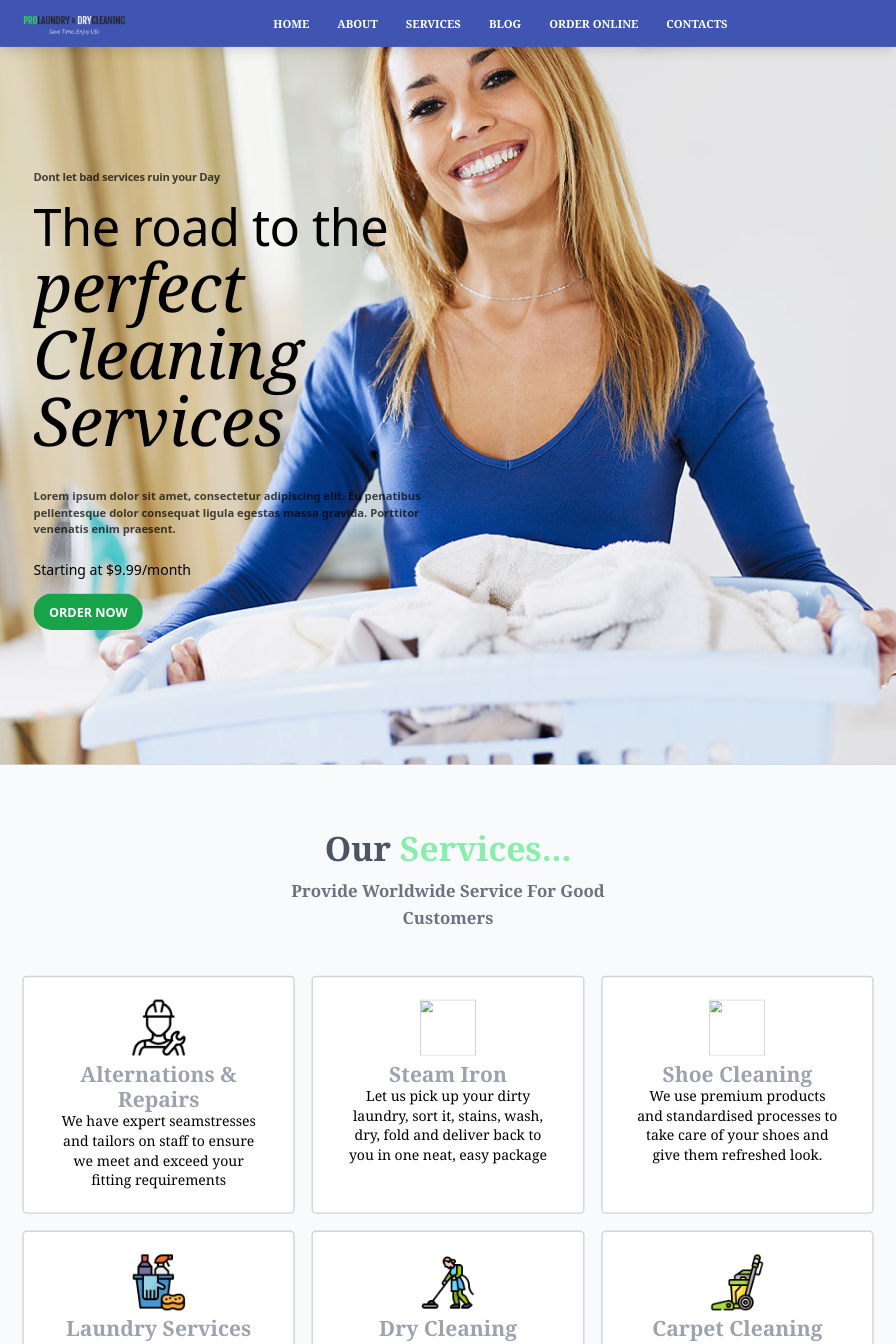
Repository: remydev47/smartlaundry
Page: /
These files come from the project's save history. The page is drawn as it stood at one moment and after the next save; the edit follows.
The browser window is 1280 px wide. The pictures show the part of the page from y = 0 to 1920 px (the page is 5922 px tall), at 70% of full size.
The project was rebuilt for these pictures with package versions that can differ from the ones it lists, and the page was loaded fresh each time. The framework's server and built-in components were replaced by stand-ins that run in the browser. Also part of the build but not shown: next.config.js, components/Prices.tsx, components/Testimonial.tsx, components/Pricing.tsx, components/Footer.tsx.

Above is the page before, as saved 2022-10-24 16:50:19.

### pages/_app.tsx
import '../styles/globals.css'
import type { AppProps } from 'next/app'
import Header from '../components/Header'
import Logo from '../components/Logo'

function MyApp({ Component, pageProps }: AppProps) {
  return (
    <>

     <Header />
     <Component {...pageProps} />
    </>
  )
}

export default MyApp

### pages/index.tsx
import type { NextPage } from 'next'
import Head from 'next/head'
import Image from 'next/image'
import { Banner, Commercial, Hero, Reasons, Services, Steps } from '../components'

const Home: NextPage = () => {
  return (
    <div>
      <Head>
        <title>Smart Laundry</title>
        <link rel="icon" href="/favicon.ico" />
      </Head>
      <Hero />
      <Services />
      <Steps />
      <Commercial />
      <Banner/>
      <Reasons />

    </div>
  )
}

export default Home

### components/Header.tsx
import React from 'react';
import { navLinks } from '../constants';
import Menupopover from './Menupopover';
import Image from 'next/image';
import Logo from './Logo';

const Header = () => {
  return (
    <header className="fixed inset-x-0 bg-[#4054B2] z-20 flex justify-between items-center py-2 px-2 shadow-lg dark:bg-slate-900 sm:py-3 sm:px-8">
            <div className='flex grow-0 basis-1/3 md:hidden'>
                <Menupopover />
            </div>

             <div className='flex grow-0 justify-center md:justify-start'>
                <Logo />

            </div>


            <ul className="list-none sm:flex hidden justify-center items-center flex-1">
            {navLinks.map((nav, index) => (
                <li
                key={nav.id}
                className={`font-serif font-bold cursor-pointer text-[16px]
                   ${index === navLinks.length - 1 ? 'mr-0' : 'mr-10'}
                  text-white `}
                >
                    <a>{nav.title}</a>
                </li>
            ))}
           </ul>

        </header>
  )
}

export default Header

### components/index.ts
import Hero from "./Hero";
import Services from "./Services";
import Steps from "./Steps";
import Commercial from "./Commercial";
import Prices from "./Prices";
import Banner from "./Banner";
import Reasons from "./Reasons";
import Testimonial from "./Testimonial";
import Pricing from "./Pricing";
import Footer from "./Footer";

export{
    Hero, Services, Steps, Commercial, Prices, Banner, Reasons, Testimonial, Pricing, Footer
}

### constants/index.ts
export const navLinks =[
    {
        id:"home",
        title:"HOME",
    },
    {
        id:"about",
        title:"ABOUT",
    },
    {
        id:"services",
        title:"SERVICES",
    },
    {
        id:"blog",
        title:"BLOG",
    },
    {
        id:"order online",
        title:"ORDER ONLINE",
    },
    {
        id:"contacts",
        title:"CONTACTS",
    },
]

### components/Menupopover.tsx
import React, {useState, Fragment} from 'react';
import { navLinks } from '../constants';
import { IconButton, Button } from './Button';
import { Transition, Dialog } from '@headlessui/react';
import Logo from './Logo';
import Image from 'next/image';

const Menupopover = () => {
  const [isOpen, setIsOpen] = useState(false)

  return (
    <div>
    <IconButton
      variant='ghost'
      aria-label='menu'
      onClick={() => setIsOpen(!isOpen)}
    >
      <svg className='h-6 w-6 ' fill='none' stroke='currentColor'>
        <path
          strokeLinecap='round'
          strokeLinejoin='round'
          strokeWidth={2}
          d='M4 6h16M4 12h16M4 18h16'
        />
      </svg>
    </IconButton>
    <Transition
      show={isOpen}
      appear
      as={Fragment}
      enter='transform transition ease-in-out duration-300'
      enterFrom='-translate-x-full'
      enterTo='translate-x-0'
      leave='transform transition ease-in-out duration-300 delay-200'
      leaveFrom='translate-x-0'
      leaveTo='-translate-x-full'
     >
     <Dialog
       as='div'
       className={`fixed inset-0 z-50`}
       onClose={setIsOpen}
       open={isOpen}
       >
       <Transition.Child
         as={Fragment}
         enter='ease-out duration-300 delay-300'
         enterFrom='opacity-0'
         enterTo='opacity-100'
         leave='ease-in duration-200'
         leaveFrom='opacity-100'
         leaveTo='opacity-0'
       >

        <Dialog.Overlay
          className={`fixed inset-0 bg-black/20 backdrop-blur-sm dark:bg-gray-900/80`}
         />
      </Transition.Child>
       <div className={styles.dialogcontainer}>
        <a className='mx-auto mt-4 flex w-[140px] '>
          <Logo />
        </a>
        <ul
            className={styles.navWrapper2}
         >
            {navLinks.map((nav, index) => (
                <li
                 key={nav.id}
                 className={`font-serif font-bold cursor-pointer text-[16px]
                  mt-2 border-t border-slate-200 py-4 dark:border-slate-600
                  ${index === navLinks.length - 1 ? 'mr-0' : 'mb-4'}
                  text-white `}
                >
                 <a href={`#${nav.id}`}>
                    {nav.title}
                 </a>
                </li>
             ))}
         </ul>

        <IconButton
          variant='ghost'
          aria-label='close menu'
          className='absolute top-5 right-5'
          onClick={() => setIsOpen(false)}
        >
          <svg
            viewBox='0 0 10 10'
            className='h-2.5 w-2.5 overflow-visible'
            aria-hidden='true'
          >
            <path
                d='M0 0L10 10M10 0L0 10'
                fill='none'
                stroke='currentColor'
                strokeWidth='2'
                strokeLinecap='round'
              />
          </svg>
        </IconButton>
       </div>
     </Dialog>
    </Transition>
  </div>
  )
}

export default Menupopover;

const styles ={
  dialogcontainer:`fixed top-0 bottom-0 left-0 w-full max-w-xs rounded-r-xl bg-[#4054B2] p-6 shadow-lg dark:bg-gray-800`,
  menuitems:`group relative flex h-9 items-center oveflow-hidden rounded-md hover:bg-slate-200/50`,
  navWrapper2:`list-none flex flex-col justify-end items-center flex-1`,
}

### components/Logo.tsx
import React from 'react'
import Image from 'next/image'

const Logo = () => {
  return (
    <div className=''>
      <Image
        src="/images/logo.png"
        alt='cleanu'
        height={60}
        width={150}
      />
    </div>
  )
}

export default Logo

### components/Hero.tsx
import React from 'react'
import Image from 'next/image'

const Hero = () => {
  return (
    <section className='relative pt-48 pb-12 bg-gray-400 xl:pt-60 sm:pb-16 lg:pb-32 xl:pb-48 2xl:pb-56'>
        <Image
           src='/images/hero1.jpg'
           layout='fill'
           objectFit='cover'
         />
     <div className="relative">
 <div className="px-6 mx-auto sm:px-8 lg:px-12 max-w-7xl">
     <div className="w-full lg:w-2/3 xl:w-1/2">
         <h1 className="font-sans text-base font-bold tracking-tight text-black text-opacity-70">Dont let bad services ruin your Day</h1>
         <p className="mt-6 tracking-tighter text-black">
             <span className="font-sans font-normal text-7xl">The road to the</span><br />
             <span className="font-serif italic font-normal text-8xl">perfect Cleaning Services</span>
         </p>
         <p className="mt-12 font-sans text-base font-bold text-black text-opacity-70">Lorem ipsum dolor sit amet, consectetur adipiscing elit. Eu penatibus pellentesque dolor consequat ligula egestas massa gravida. Porttitor venenatis enim praesent.</p>
         <p className="mt-8 font-sans text-xl font-normal text-black">Starting at $9.99/month</p>

         <div className="flex items-center mt-5 space-x-3 sm:space-x-4">
             <a
                 href="#"
                 title=""
                 className="
                     inline-flex
                     items-center
                     justify-center
                     px-5
                     py-2
                     font-sans
                     text-base
                     font-semibold
                     transition-all
                     duration-200
                     border-2 border-transparent
                     rounded-full
                     sm:leading-8
                     bg-green-600
                     sm:text-lg
                     text-white
                     hover:bg-opacity-90
                     focus:outline-none focus:ring-2 focus:ring-offset-2 focus:ring-primary focus:ring-offset-secondary
                 "
                 role="button"
             >
                 ORDER NOW
             </a>


         </div>
     </div>
 </div>
</div>
    </section>
  )
}

export default Hero

### components/Services.tsx
import React from 'react'

const services=[
  {
    image:"/images/plumber.png",
    title:'Alternations & Repairs',
    description:"We have expert seamstresses and tailors on staff to ensure we meet and exceed your fitting requirements"
  },
  {
    image:"",
    title:'Steam Iron',
    description:"Let us pick up your dirty laundry, sort it, stains, wash, dry, fold and deliver back to you in one neat, easy package"
  },
  {
    image:"",
    title:'Shoe Cleaning',
    description:"We use premium products and standardised processes to take care of your shoes and give them refreshed look."
  },
  {
    image:"/images/cleaning.png",
    title:'Laundry Services',
    description:"Let us pick up your dirty laundry, sort it, stains, wash, dry, fold and deliver back to you in one neat, easy package."
  },
  {
    image:"/images/housekeeper.png",
    title:'Dry Cleaning',
    description:"SMU students and local residents love on our reliable dry cleaning services for the fast, accurate, top quality results."
  },
  {
    image:"/images/carpet-cleaner.png",
    title:'Carpet Cleaning',
    description:"To keep carpet at peak performance, we recommend professional deep cleaning your carpet every 12 to 18 months."
  },
]

const Services = () => {
  return (
    <section className="bg-gray-50 sm:py-16 lg:py-24">
    <div className="px-4 mx-auto max-w-7xl sm:px-6 lg:px-8">
     <div className="max-w-2xl mx-auto text-center">
      <h2 className="text-4xl font-bold font-serif leading-tight text-gray-600  lg:text-5xl">Our <span className='text-green-300'>Services...</span></h2>
      <p className="max-w-xl mx-auto mt-4 font-serif text-2xl font-extrabold leading-relaxed text-gray-500">
        Provide Worldwide Service For Good Customers
      </p>
     </div>

     <div className="grid max-w-md grid-cols-1 gap-6 mx-auto mt-8 text-center lg:max-w-full lg:mt-16 lg:grid-cols-3">
      {services.map((item, i) => (
     <div className="overflow-hidden bg-white border-2 border-gray-300 rounded-md">
          <div className="p-8 xl:px-12 flex flex-col items-center justify-center">
             <div>
              <img
               src={item.image}
               className="h-20 w-20"
             />
             </div>
             <h2 className='font-bold font-serif text-3xl text-gray-400 text-center mt-2'>
               {item.title}
             </h2>
             <p className='text-xl font-serif text-black text-center '>
              {item.description}
             </p>
          </div>
     </div>
     ))}
    </div>
</div>
</section>
  )
}

export default Services

### components/Commercial.tsx
import React from 'react'

const offers=[
  {
    id:"Salons & Spas",
    title:"Salons & Spas"
  },
  {
    id:"Automotive Detail and Repair Shop",
    title:"Automotive Detail and Repair Shop"
  },
  {
    id:"Hotels & Motels",
    title:"Hotels & Motels"
  },
  {
    id:"Massage Therapists",
    title:"Massage Therapists"
  },
  {
    id:"Sports Teams",
    title:"Sports Teams"
  },
  {
    id:"House Cleaning Companies",
    title:"House Cleaning Companies"
  },
  {
    id:"Restaurants and Caterers",
    title:"Restaurants and Caterers"
  },
  {
    id:"Hotels & Motels",
    title:"Hotels & Motels"
  },
  {
    id:"Therapist and Chiropractors",
    title:"Therapist and Chiropractors"
  },
  {
    id:"Assisted Living / Nursing Homes",
    title:"Assisted Living / Nursing Homes"
  },
  {
    id:'Hair Salons and Barber Shops',
    title:'Hair Salons and Barber Shops'
  },
  {
    id:'Religious Organizations',
    title:'Religious Organizations'
  },
  {
    id:'Athletic Facilities / Gym',
    title:'Athletic Facilities / Gym'
  },
]

const Commercial = () => {
  return (
    <section className="py-10 bg-[#FFF] sm:py-16 lg:py-24">
      <div className="px-4 mx-auto max-w-7xl sm:px-6 lg:px-8">
      <div className="max-w-2xl mx-auto text-center">
            <h2 className="text-3xl font-serif font-bold leading-tight text-black sm:text-4xl lg:text-5xl">
              COMMERCIAL LAUNDRY SERVICE
            </h2>
            <p className="mt-4 text-base leading-relaxed text-gray-600">
             Large corporations have determined that there is a financial benefit to outsourcing back office work because it saves money. Allowing us to do your laundry is cost effective and will allow you and your employees to focus on your core business. We offer smart solutions to meet your commercial laundry needs. Our pick up and delivery laundry service is fast, convenient, and saves you time and money.
            </p>
            <p className="mt-4 text-base leading-relaxed text-gray-600">
             Laundry isn't your main business, but it is ours and we love it! For more information about our commercial laundry services and pricing and to schedule your first pick up, call us at 1 (800) 123-45-67
            </p>
        </div>
      </div>
      <h2 className='mt-2 text-3xl font-serif text-gray-500 sm:text-4xl'>OUR COMMERCIAL LAUNDRY CLIENTS INCLUDE:</h2>
      <ul className="list-none sm:flex-col justify-center items-center flex-1">
            {offers.map((nav, index) => (
                <li
                key={nav.id}
                className={`font-serif font-normal cursor-pointer text-[16px]
                   ${index === offers.length - 1 ? 'mr-0' : 'mr-10'}
                  text-gray-500 `}
                >
                    <a>{nav.title}</a>
                </li>
            ))}
           </ul>
    </section>
  )
}

export default Commercial

### components/Banner.tsx
import React from 'react'
import Image from 'next/image'

const Banner = () => {
  return (
    <section className='relative h-[400px] w-full  bg-blue-500 sm:h-[55vh] md:h-[440px]'>
      <Image
           src='/images/banner.jpg'
           layout='fill'
           objectFit='cover'
      />
       <div className="absolute inset-0">
        <div className='flex flex-col items-center mx-4 mt-16 text-center '>
                <h1 className={styles.innerbanner}>
                  TAP. CLEAN. DELIVER.
                </h1>
                <span className='text-xl text-black sm:text-2xl'>
                    Reliable house cleaning professionals serving the greater Nairobi & Kiambu county area
                </span>
                <button className='p-2 font-semibold text-black bg-green-500 rounded-xl'>
                    Send a Quote
                </button>
              </div>
        </div>
    </section>
  )
}

const styles ={
  innerbanner:`text-2xl font-bold font-serif uppercase tracking-wide text-black sm:text-4xl md:text-5xl lg:text-6xl`,
}

export default Banner

### components/Reasons.tsx
import React from 'react'
import Image from 'next/image'

const reasons =[
  {
      image:'/images/happy.png',
      title:'Personalized Experience',
      description:'We take utmost care of your clothes, segregating based on the cloth type and giving you instant clothes to make a statement.'
  },
  {
      image:'/images/lowest-price.png',
      title:'Affordable Pricing',
      description:'Prices that suits your pocket is one of our USP. An option of choosing between 2 types of pricing is available.'
  },
  {
      image:'/images/calendar.png',
      title:'Convenience',
      description:'With just a tap of a button, your laundry gets done, giving your leisure time to spend with family and friends.'
  },
  {
      image:'/images/quality.png',
      title:'Quality Cleaning',
      description:'We use the best in class products, to assure that your favorite clothes are always there for you to wear..'
  },
  {
      image:'/images/smartphone.png',
      title:'Excellent Result',
      description:'Forgot to wash your clothes for interview/business meeting, never mind. With our super express delivery, we would get your laundry done in less than 8 hours..'
  },
  {
      image:'/images/shuttle.png',
      title:'Instant Order Update',
      description:'Regular updates of your order, to help you keep a track of your laundry and plan accordingly.'
  }
]

const Reasons = () => {
  return (
    <section className="bg-[#fff] sm:py-16 lg:py-24">
    <div className="px-4 mx-auto max-w-7xl sm:px-6 lg:px-8">
    <div className="max-w-2xl mx-auto text-center">
      <h2 className="text-4xl font-serif font-bold leading-tight text-black  lg:text-5xl">Your<span className='text-green-500'>Comfort</span> Depends on Us</h2>
      <p className="max-w-xl mx-auto mt-4 text-xl font-extrabold leading-relaxed text-gray-300">
        Provide Worldwide Service For Good Customers
      </p>
    </div>

    <div className="grid max-w-md grid-cols-1 gap-6 mx-auto mt-8 text-center lg:max-w-full lg:mt-16 lg:grid-cols-3">
      {reasons.map((item, i) => (
     <div className="overflow-hidden bg-white shadow-xl border-gray-300 rounded-md">
          <div className="p-8 xl:px-12 flex flex-col items-center justify-center">
             <div>
              <Image
               src={item.image}
               height={70}
               width={70}
               className="bg-green-400"
             />
             </div>
             <h2 className='font-bold text-3xl text-gray-400 text-center mt-2'>
               {item.title}
             </h2>
             <p className='text-xl text-black text-center '>
              {item.description}
             </p>
          </div>
     </div>
     ))}
    </div>
</div>
</section>
  )
}

export default Reasons

### components/Button/index.tsx
import React, { forwardRef } from "react";
//import { __DEV__ } from "../../utils/assertions";

type BaseButtonProps = Omit<React.HTMLProps<HTMLButtonElement>, "size">;

/* === Button Element === */

export interface ButtonProps extends BaseButtonProps {
  children: React.ReactNode;
  fullWidth?: boolean;
  className?: string;
  variant?: "solid" | "outline" | "ghost";
  size?: "sm" | "md" | "lg";
  as?: string;
  isExternal?: boolean;
  type?: "button" | "submit" | "reset";
}

export const Button = forwardRef<HTMLButtonElement, ButtonProps>(
  (
    {
      children,
      variant = "solid",
      size = "md",
      fullWidth = false,
      className,
      as = "button",
      isExternal = false,
      ...rest
    },
    ref
  ) => {
    let tempClassNames: string[] = [];

    const sharedClasses = [
      "capitalize",
      "focus:outline-none",
      "focus:ring-2",
      "focus:ring-indigo-400",
      "focus:ring-offset-2",
      "focus:ring-offset-indigo-50",
      "font-semibold",
      "rounded-full",
      "inline-flex",
      "flex-shrink-0",
      "items-center",
      "justify-center",
      "transition-colors",
      "ease-in-out",
      "duration-500",
    ];

    if (fullWidth) sharedClasses.push("w-full");

    // handle variants
    let btnSolid = ["bg-indigo-600", "hover:bg-indigo-700", "text-white"];
    let btnOutline = [
      "dark:text-white",
      "hover:text-indigo-700",
      "hover:dark:text-indigo-700",
      "bg-transparent",
      "hover:bg-indigo-50",
      "border",
      "border-indigo-600",
    ];
    let btnGhost = [
      "bg-transparent",
      "dark:text-white",
      "hover:bg-indigo-50",
      "hover:text-indigo-700",
      "hover:dark:text-indigo-700",
    ];

    if (variant === "solid") {
      tempClassNames = [...sharedClasses, ...btnSolid];
    } else if (variant === "outline") {
      tempClassNames = [...sharedClasses, ...btnOutline];
    } else if (variant === "ghost") {
      tempClassNames = [...sharedClasses, ...btnGhost];
    }

    // handle sizes
    let sizeSm = ["h-8", "px-2", "text-sm"];
    let sizeMd = ["h-10", "px-3"];
    let sizeLg = ["h-12", "px-4", "text-lg"];

    if (size === "sm") {
      tempClassNames = [...tempClassNames, ...sizeSm];
    } else if (size === "md") {
      tempClassNames = [...tempClassNames, ...sizeMd];
    } else if (size === "lg") {
      tempClassNames = [...tempClassNames, ...sizeLg];
    }

    let classes = tempClassNames.join(" ");

    let Element = as ? (
      React.createElement(
        as,
        {
          className: `${classes} ${className}`,
          target: isExternal ? "_blank" : undefined,
          rel: isExternal ? "noopener noreferrer" : undefined,
          ref,
          ...rest,
        },
        children
      )
    ) : (
      <button {...rest} className={`${classes} ${className}`} ref={ref}>
        {children}
      </button>
    );

    return Element;
  }
);

// if (__DEV__) {
//   Button.displayName = "Button";
// }

/* === IconButton Element === */

export interface IconButtonProps extends ButtonProps {
  icon?: React.ReactElement;
  "aria-label": string;
}

export const IconButton = forwardRef<HTMLButtonElement, IconButtonProps>(
  (
    {
      children,
      icon,
      className,
      "aria-label": ariaLabel,
      size = "md",
      ...rest
    },
    ref
  ) => {
    let sharedClasses = ["rounded-full", "!px-0"];

    // handle sizes
    let sizeSm = ["w-8"];
    let sizeMd = ["w-10"];
    let sizeLg = ["w-12"];

    if (size === "sm") {
      sharedClasses = [...sharedClasses, ...sizeSm];
    } else if (size === "md") {
      sharedClasses = [...sharedClasses, ...sizeMd];
    } else if (size === "lg") {
      sharedClasses = [...sharedClasses, ...sizeLg];
    }

    /**
     * Passing the icon as prop or children should work
     */
    const element = icon || children;
    const _children = React.isValidElement(element)
      ? React.cloneElement(element as any, {
          "aria-hidden": true,
          focusable: false,
        })
      : null;

    let classes = sharedClasses.join(" ");
    return (
      <Button
        className={`${classes} ${className}`}
        aria-label={ariaLabel}
        size={size}
        {...rest}
        ref={ref}
      >
        {_children}
      </Button>
    );
  }
)

Loaded but not shown: styles/globals.css (common file); tailwind.config.js (common file); components/Steps.tsx (83 lines, source omitted)

After the next save:
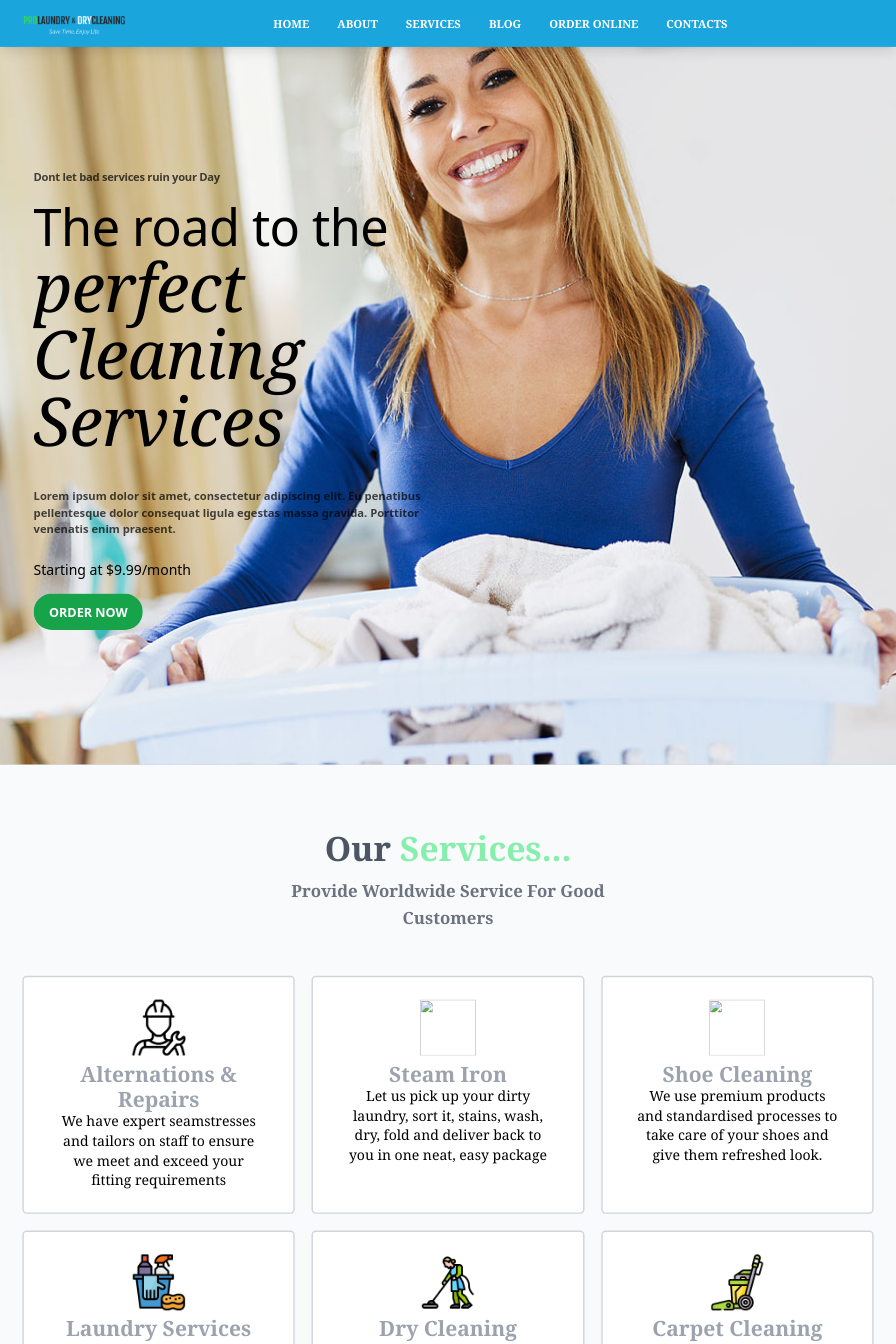
Saved 81 s later.
--- a/components/Header.tsx
+++ b/components/Header.tsx
@@ -6,7 +6,7 @@ import Logo from './Logo';
 
 const Header = () => {
   return (
-    <header className="fixed inset-x-0 bg-[#4054B2] z-20 flex justify-between items-center py-2 px-2 shadow-lg dark:bg-slate-900 sm:py-3 sm:px-8">
+    <header className="fixed inset-x-0 bg-[#1ba5dd] z-20 flex justify-between items-center py-2 px-2 shadow-lg dark:bg-slate-900 sm:py-3 sm:px-8">
             <div className='flex grow-0 basis-1/3 md:hidden'>
                 <Menupopover />
             </div>
